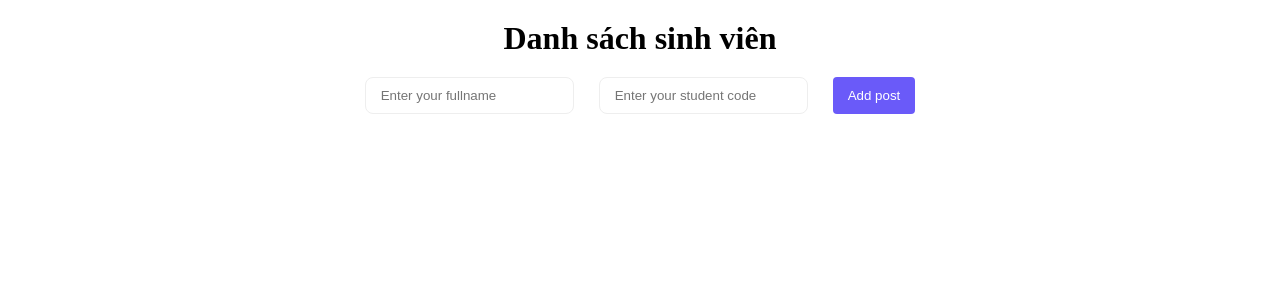
Repository: doquang195/demo-api
Page: indext.html
These files come from the project's save history. The page is drawn as it stood at one moment and after the next save; the edit follows.
The browser window is 1280 px wide. The pictures show the whole page.

Above is the page before, as saved 2023-10-04 21:42:45.

### indext.html
<!DOCTYPE html>
<html lang="en">
    <head>
        <meta charset="UTF-8" />
        <meta name="viewport" content="width=device-width, initial-scale=1.0" />
        <link rel="stylesheet" href="./reset.css" />
        <link rel="stylesheet" href="./style.css" />
        <title>Demo Rest API</title>
    </head>
    <body>
        <div>
            <h2 class="heading">Danh sách sinh viên</h2>
            <div id="list-courses"></div>
        </div>
        <form action="" class="form-post" method="post">
            <input type="text" name="name" placeholder="Enter your fullname" />
            <input
                type="text"
                name="author"
                placeholder="Enter your student code"
            />
            <button type="submit">Add post</button>
        </form>
        <script src="./app.js"></script>
    </body>
</html>

### reset.css
html {
    box-sizing: border-box;
}
* {
    margin: 0;
    padding: 0;
}
*,
*:before,
*:after {
    box-sizing: border-box;
}
input,
textarea,
select,
button {
    outline: none;
}
input {
    line-height: normal;
}
label,
button {
    cursor: pointer;
}
a {
    text-decoration: none;
}
img {
    display: block;
    max-width: 100%;
}

### style.css
.heading {
    font-size: 32px;
    text-align: center;
    padding: 20px;
}

.form-post {
    display: flex;
    justify-content: center;
    gap: 0 25px;
}

.form-post input {
    padding: 10px 15px;
    border: 1px solid #eee;
    border-radius: 8px;
}

.form-post button {
    background-color: #6a5af9;
    color: white;
    border: 0;
    outline: none;
    padding: 10px 15px;
    border-radius: 4px;
}

### app.js
// let coursesAPI = "http://localhost:3000/courses";

// function start() {
//     getCourses(renderCourses);
//     handleCreateForm();
// }

// start();

// function getCourses(callback) {
//     fetch(coursesAPI)
//         .then((res) => res.json())
//         .then(callback);
// }

// function createCourse(data, callback) {
//     let options = {
//         method: "POST",
//         headers: {
//             "Content-Type": "application/json",
//         },
//         body: JSON.stringify(data),
//     };
//     fetch(coursesAPI, options)
//         .then((res) => res.json())
//         .then(callback);
// }

// function handleDeleteCourse(id) {
//     let options = {
//         method: "DELETE",
//         headers: {
//             "Content-Type": "application/json",
//         },
//     };
//     fetch(coursesAPI + "/" + id, options)
//         .then((res) => res.json())
//         .then(function () {
//             const courseItem = document.querySelector(".course-" + id);
//             if (courseItem) {
//                 courseItem.remove();
//             }
//         });
// }

// function renderCourses(courses) {
//     let listCourses = document.querySelector("#list-courses");
//     const htmls = courses.map(function (course) {
//         return `
//             <div class="course-${course.id}" style="width: 300px, height: 300px">
//                 <h4>${course.name}</h4>
//                 <p>${course.description}</p>
//                 <button onclick="handleDeleteCourse(${course.id})">Xoa</button>
//             </div>`;
//     });
//     listCourses.innerHTML = htmls;
// }

// function handleCreateForm() {
//     const createBtn = document.querySelector("#create");
//     createBtn.onclick = function () {
//         const name = document.querySelector('input[name="name"]').value;
//         const description = document.querySelector(
//             'input[name="description"]'
//         ).value;
//         const formData = {
//             name: name,
//             description: description,
//         };
//         createCourse(formData, function () {
//             getCourses(renderCourses);
//         });
//     };
// }
const student = {
    image: "",
    studentCode: "",
    name: "",
};

// async function addPost(title, author) {
//     const response = await fetch("http://localhost:3000/courses", {
//         method: "POST",
//         body: JSON.stringify({
//             title,
//             author,
//         }),
//         headers: {
//             "Content-type": "application/json; charset=UTF-8",
//         },
//     });
//     return response;
// }

// const formPost = document.querySelector(".form-post");
// formPost.addEventListener("submit", function (e) {
//     e.preventDefault();
//     const title = this.elements["title"].value;
//     const author = this.elements["author"].value;
//     addPost(title, author);
// });

After the next save:
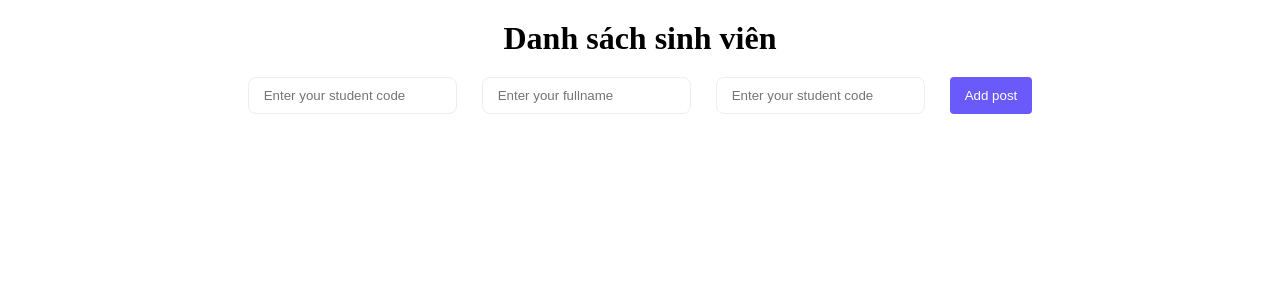
Saved 3 min 7 s later.
--- a/indext.html
+++ b/indext.html
@@ -13,6 +13,11 @@
             <div id="list-courses"></div>
         </div>
         <form action="" class="form-post" method="post">
+            <input
+                type="text"
+                name="author"
+                placeholder="Enter your student code"
+            />
             <input type="text" name="name" placeholder="Enter your fullname" />
             <input
                 type="text"
